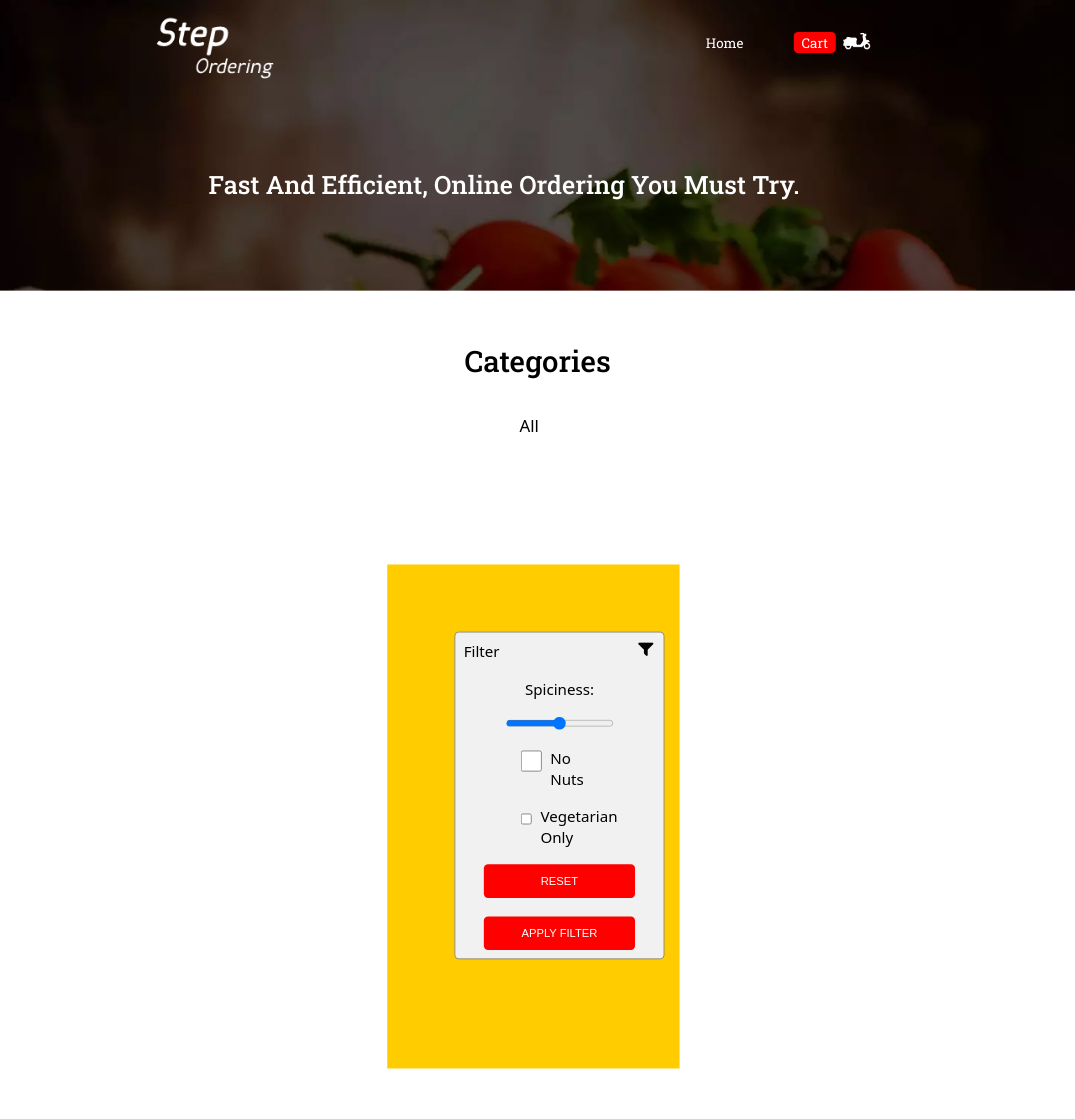
Repository: anastasia29-step/Online-Restaurant
Page: index.html
The author's editor kept a copy of each file at every save. The page is drawn from the files as they stood at one save, then again after the next save.
The browser window is 1280 px wide. The pictures show the whole page, at 84% of full size.
Some web libraries are served in a nearby version.

Above is the page before, as saved 2026-03-10 15:28:54.
Not found: app.js/

After the next save:
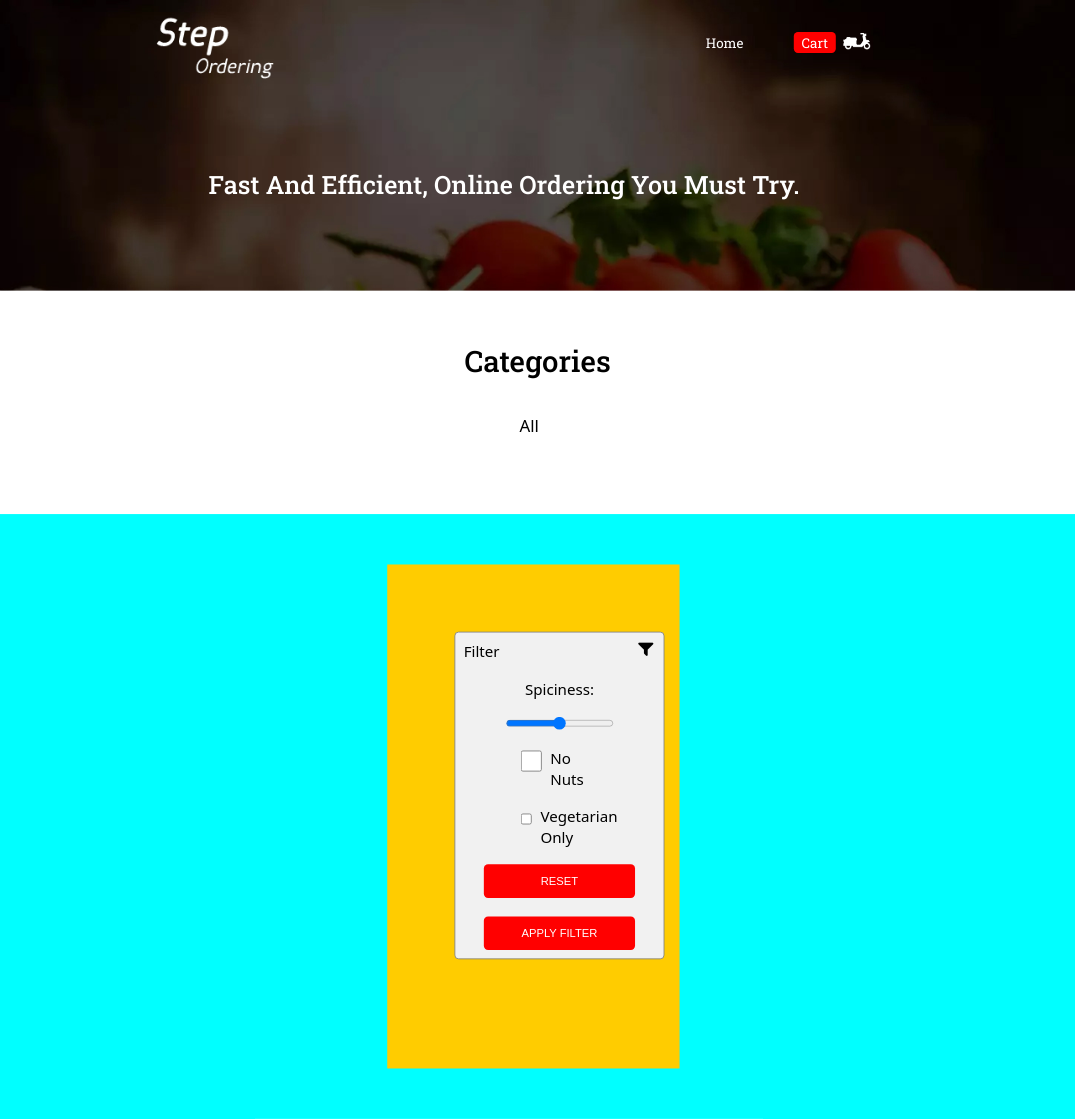
Saved 73 s later.
--- a/style.css
+++ b/style.css
@@ -87,7 +87,7 @@ ul::after {
     padding-top: 20px;
 }
 
-.FirstLine .right:nth-child(1):hover {
+.FirstLine .right:nth-child(1) {
     color: #FFCC00;
 }
 
@@ -158,6 +158,7 @@ ul li:hover {
     padding: 60px;
     gap: 10px;
     justify-content: center;
+    background-color: aqua;
 }
 .leftSide{
     width: 30%;
